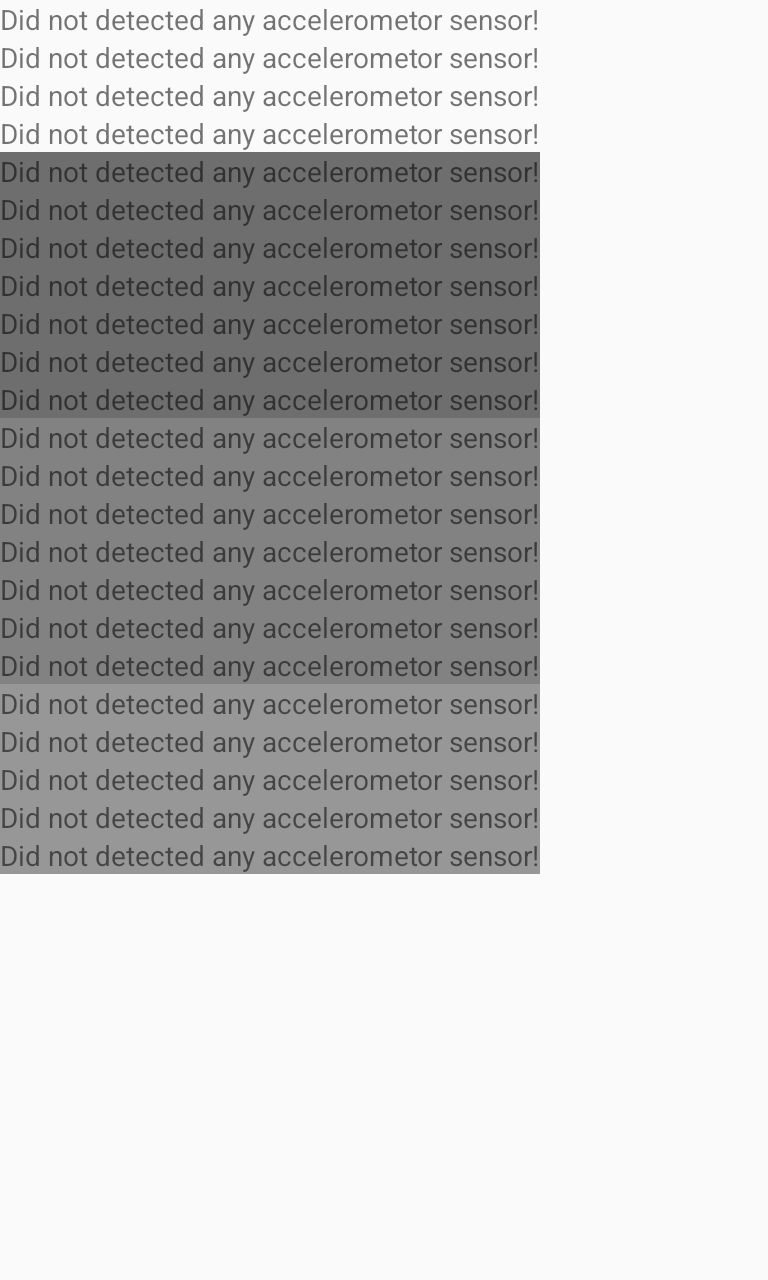
Repository: deyan-yosifov/Android
Layout: Workspace/BouncingBallGame/res/layout/activity_accelerometer_monitor.xml
The author's editor kept a copy of each file at every save. The layout is drawn from the files as they stood at one save, then again after the next save.
It is drawn on a 768 x 1280 px phone screen (xhdpi) without system bars, with theme AppTheme; the app's code is not run.

Above is the layout before, as saved 2015-01-04 09:05:46.

### Workspace/BouncingBallGame/res/layout/activity_accelerometer_monitor.xml
<RelativeLayout xmlns:android="http://schemas.android.com/apk/res/android"
    xmlns:tools="http://schemas.android.com/tools"
    android:layout_width="match_parent"
    android:layout_height="match_parent"
    tools:context="${relativePackage}.${activityClass}" >

	<LinearLayout
	    android:layout_width="wrap_content"
        android:layout_height="wrap_content"
        android:orientation="vertical"
        android:id="@+id/acceleromatorValues"
	    >
	    <TextView
	        android:layout_width="wrap_content"
	        android:layout_height="wrap_content"
	        android:id="@+id/accelerometer_x_coordinate_textView"
	        android:text="@string/no_accelerometer_found" />

	    <TextView
	        android:layout_width="wrap_content"
	        android:layout_height="wrap_content"
	        android:id="@+id/accelerometer_y_coordinate_textView"
	        android:text="@string/no_accelerometer_found" />

	    <TextView
	        android:layout_width="wrap_content"
	        android:layout_height="wrap_content"
	        android:id="@+id/accelerometer_z_coordinate_textView"
	        android:text="@string/no_accelerometer_found" />

	    <TextView
	        android:layout_width="wrap_content"
	        android:layout_height="wrap_content"
	        android:id="@+id/accelerometer_length_textView"
	        android:text="@string/no_accelerometer_found" />
	</LinearLayout>

	<LinearLayout
	    android:layout_width="wrap_content"
        android:layout_height="wrap_content"
        android:orientation="vertical"
        android:id="@+id/linearAccelerationValues"
        android:layout_below="@id/acceleromatorValues"
        android:background="#99111111"
	    >
		<TextView
	        android:layout_width="wrap_content"
	        android:layout_height="wrap_content"
	        android:id="@+id/linearAcceleration_x_coordinate_textView"
	        android:text="@string/no_accelerometer_found" />

	    <TextView
	        android:layout_width="wrap_content"
	        android:layout_height="wrap_content"
	        android:id="@+id/linearAcceleration_y_coordinate_textView"
	        android:text="@string/no_accelerometer_found" />

	    <TextView
	        android:layout_width="wrap_content"
	        android:layout_height="wrap_content"
	        android:id="@+id/linearAcceleration_z_coordinate_textView"
	        android:text="@string/no_accelerometer_found" />

	    <TextView
	        android:layout_width="wrap_content"
	        android:layout_height="wrap_content"
	        android:id="@+id/linearAcceleration_length__textView"
	        android:text="@string/no_accelerometer_found" />

	    <TextView
	        android:layout_width="wrap_content"
	        android:layout_height="wrap_content"
	        android:id="@+id/min_linearAcceleration_length__textView"
	        android:text="@string/no_accelerometer_found" />

	    <TextView
	        android:layout_width="wrap_content"
	        android:layout_height="wrap_content"
	        android:id="@+id/max_linearAcceleration_length__textView"
	        android:text="@string/no_accelerometer_found" />

	    <TextView
	        android:layout_width="wrap_content"
	        android:layout_height="wrap_content"
	        android:id="@+id/average_linearAcceleration_length__textView"
	        android:text="@string/no_accelerometer_found" />
	</LinearLayout>

	<LinearLayout
	    android:layout_width="wrap_content"
        android:layout_height="wrap_content"
        android:orientation="vertical"
        android:id="@+id/gravityValues"
        android:layout_below="@id/linearAccelerationValues"
        android:background="#99333333"
	    >
		<TextView
	        android:layout_width="wrap_content"
	        android:layout_height="wrap_content"
	        android:id="@+id/gravity_x_coordinate_textView"
	        android:text="@string/no_accelerometer_found" />

	    <TextView
	        android:layout_width="wrap_content"
	        android:layout_height="wrap_content"
	        android:id="@+id/gravity_y_coordinate_textView"
	        android:text="@string/no_accelerometer_found" />

	    <TextView
	        android:layout_width="wrap_content"
	        android:layout_height="wrap_content"
	        android:id="@+id/gravity_z_coordinate_textView"
	        android:text="@string/no_accelerometer_found" />

	    <TextView
	        android:layout_width="wrap_content"
	        android:layout_height="wrap_content"
	        android:id="@+id/gravity_length_coordinate_textView"
	        android:text="@string/no_accelerometer_found" />

	    <TextView
	        android:layout_width="wrap_content"
	        android:layout_height="wrap_content"
	        android:id="@+id/min_gravity_length_textView"
	        android:text="@string/no_accelerometer_found" />

	    <TextView
	        android:layout_width="wrap_content"
	        android:layout_height="wrap_content"
	        android:id="@+id/max_gravity_length_textView"
	        android:text="@string/no_accelerometer_found" />

	    <TextView
	        android:layout_width="wrap_content"
	        android:layout_height="wrap_content"
	        android:id="@+id/average_gravity_length_textView"
	        android:text="@string/no_accelerometer_found" />
	</LinearLayout>

	<LinearLayout
	    android:layout_width="wrap_content"
        android:layout_height="wrap_content"
        android:orientation="vertical"
        android:id="@+id/timeValues"
        android:layout_below="@id/gravityValues"
        android:background="#99555555"
	    >
	    <TextView
	        android:layout_width="wrap_content"
	        android:layout_height="wrap_content"
	        android:id="@+id/currentTime_textView"
	        android:text="@string/no_accelerometer_found" />

	    <TextView
	        android:layout_width="wrap_content"
	        android:layout_height="wrap_content"
	        android:id="@+id/currentDeltaTime_textView"
	        android:text="@string/no_accelerometer_found" />

	    <TextView
	        android:layout_width="wrap_content"
	        android:layout_height="wrap_content"
	        android:id="@+id/averageDeltaTime_textView"
	        android:text="@string/no_accelerometer_found" />

	    <TextView
	        android:layout_width="wrap_content"
	        android:layout_height="wrap_content"
	        android:id="@+id/minDeltaTime_textView"
	        android:text="@string/no_accelerometer_found" />

	    <TextView
	        android:layout_width="wrap_content"
	        android:layout_height="wrap_content"
	        android:id="@+id/maxDeltaTime_textView"
	        android:text="@string/no_accelerometer_found" />
	</LinearLayout>

</RelativeLayout>

### Workspace/BouncingBallGame/res/values/styles.xml
<resources xmlns:android="http://schemas.android.com/apk/res/android">

    <!--
        Base application theme, dependent on API level. This theme is replaced
        by AppBaseTheme from res/values-vXX/styles.xml on newer devices.
    -->
    <style name="FallingRocksFonts" parent="@android:style/TextAppearance.Medium">
        <item name="android:layout_width">wrap_content</item>
        <item name="android:layout_height">wrap_content</item>
        <item name="android:textColor">#FF0000</item>
        <item name="android:background">#00FF00</item>
        <item name="android:padding">10dp</item>
        <item name="android:layout_centerHorizontal">true</item>
    </style>

    <style name="FallingRocksButtons" parent="@android:attr/buttonStyleSmall">
        <item name="android:layout_width">wrap_content</item>
        <item name="android:layout_height">wrap_content</item>
        <item name="android:padding">10dp</item>
        <item name="android:layout_centerHorizontal">true</item>
    </style>

    <style name="AppBaseTheme" parent="Theme.AppCompat.Light">
        <!--
            Theme customizations available in newer API levels can go in
            res/values-vXX/styles.xml, while customizations related to
            backward-compatibility can go here.
        -->

    </style>

    <!-- Application theme. -->
    <style name="AppTheme" parent="AppBaseTheme">
        <!-- All customizations that are NOT specific to a particular API-level can go here. -->
    </style>

</resources>

### Workspace/BouncingBallGame/res/values/strings.xml
<?xml version="1.0" encoding="utf-8"?>
<resources>

    <string name="app_name">Falling Rocks</string>
    <string name="hello_world">Hello world!</string>
    <string name="no_accelerometer_found">Did not detected any accelerometor sensor!</string>
    <string name="welcome_header">Welcome to Falling Rocks game!</string>
    <string name="button_play_game">Play the game!</string>
    <string name="action_settings">Settings</string>
    <string name="title_activity_single_player_game">Play game!</string>

</resources>

Loaded but not shown: Workspace/BouncingBallGame/res/values-v11/styles.xml (common file); Workspace/BouncingBallGame/res/values-v14/styles.xml (common file)

After the next save:
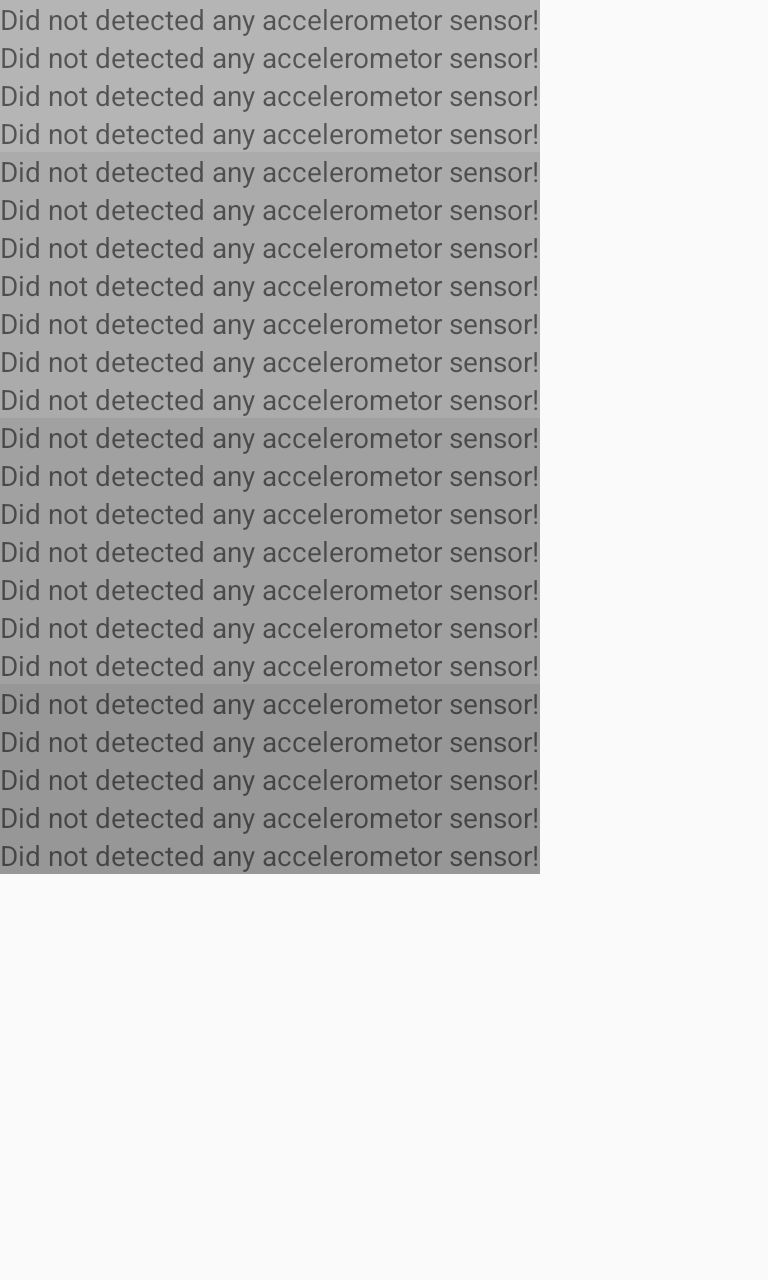
Saved 100 s later.
--- a/Workspace/BouncingBallGame/res/layout/activity_accelerometer_monitor.xml
+++ b/Workspace/BouncingBallGame/res/layout/activity_accelerometer_monitor.xml
@@ -9,6 +9,7 @@
         android:layout_height="wrap_content"
         android:orientation="vertical"
         android:id="@+id/acceleromatorValues"
+        android:background="#99888888"
 	    >
 	    <TextView
 	        android:layout_width="wrap_content"
@@ -41,7 +42,7 @@
         android:orientation="vertical"
         android:id="@+id/linearAccelerationValues"
         android:layout_below="@id/acceleromatorValues"
-        android:background="#99111111"
+        android:background="#99777777"
 	    >
 		<TextView
 	        android:layout_width="wrap_content"
@@ -92,7 +93,7 @@
         android:orientation="vertical"
         android:id="@+id/gravityValues"
         android:layout_below="@id/linearAccelerationValues"
-        android:background="#99333333"
+        android:background="#99666666"
 	    >
 		<TextView
 	        android:layout_width="wrap_content"
